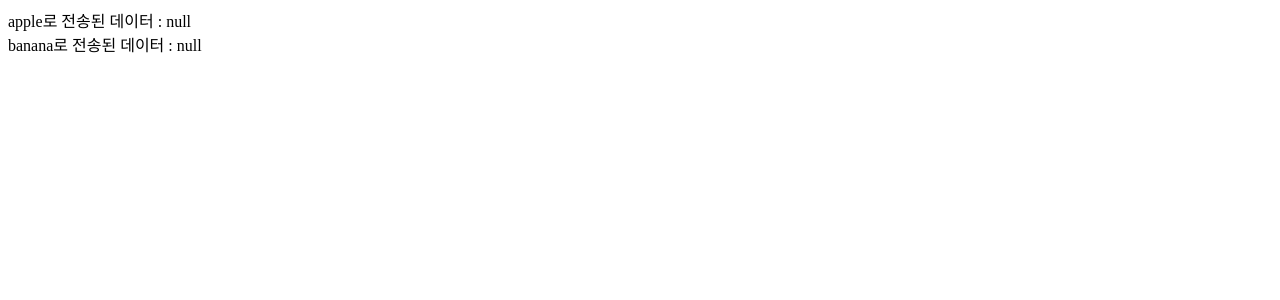
Repository: limbbbyoung/JSP_practice
Page: http://localhost/JSPbasic/jspobject/request/req_param.jsp
These files come from the project's save history. The page is drawn as it stood at one moment and after the next save; the edit follows.
The browser window is 1280 px wide. The pictures show the whole page.
The page is served by Tomcat 9.

Above is the page before, as saved 2022-03-24 11:07:16.

After the next save:
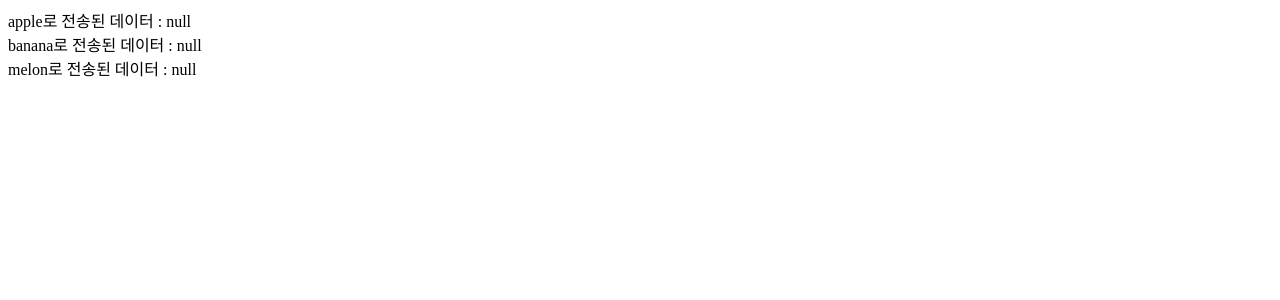
Saved 8 min 12 s later.
--- a/JSPbasic/src/main/webapp/jspobject/request/req_param.jsp
+++ b/JSPbasic/src/main/webapp/jspobject/request/req_param.jsp
@@ -16,6 +16,8 @@
     // 내장객체 request의 getParameter("변수명")을 사용
     String a = request.getParameter("apple");
     String b = request.getParameter("banana");
+    // 임의로 받아올 수 있는 request.getParameter("변수명")을 작성해주시고 변수 c에 저장한 후 body에서 출력해주세요.
+    String c = request.getParameter("melon");
  %>
 <!DOCTYPE html>
 <html>
@@ -26,5 +28,6 @@
 <body>
     apple로 전송된 데이터 : <%= a %><br/>
     banana로 전송된 데이터 : <%= b %><br/>
+    melon로 전송된 데이터 : <%= c %><br/>
 </body>
 </html>
